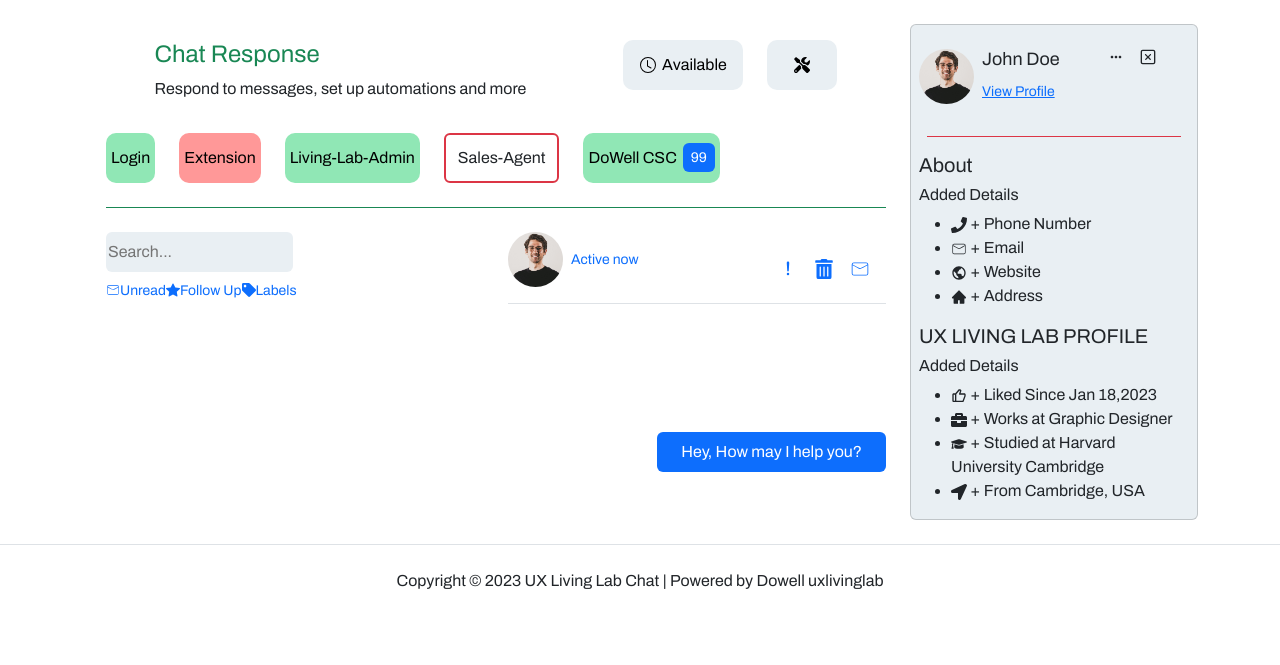
Repository: uh-sman/UX-Living-Lab-Chat
Page: /
These files come from the project's save history. The page is drawn as it stood at one moment and after the next save; the edit follows.
The browser window is 1280 px wide. The pictures show the whole page.
The project was rebuilt for these pictures with package versions that can differ from the ones it lists, and the page was loaded fresh each time.

Above is the page before, as saved 2023-05-10 18:20:11.

### public/index.html
<!DOCTYPE html>
<html lang="en">
  <head>
    <meta charset="utf-8" />
    <link rel="icon" href="%PUBLIC_URL%/favicon.ico" />
    <meta name="viewport" content="width=device-width, initial-scale=1" />
    <meta name="theme-color" content="#000000" />
    <meta
      name="description"
      content="Web site created using create-react-app"
    />
    <link rel="apple-touch-icon" href="%PUBLIC_URL%/logo192.png" />
    <!--
      manifest.json provides metadata used when your web app is installed on a
      user's mobile device or desktop. See https://developers.google.com/web/fundamentals/web-app-manifest/
    -->
    <link rel="manifest" href="%PUBLIC_URL%/manifest.json" />
    <!-- font awsome CDN -->

    <link
      rel="stylesheet"
      href="https://cdn.jsdelivr.net/npm/@fortawesome/fontawesome-free@6.2.1/css/fontawesome.min.css"
      integrity="sha384-QYIZto+st3yW+o8+5OHfT6S482Zsvz2WfOzpFSXMF9zqeLcFV0/wlZpMtyFcZALm"
      crossorigin="anonymous"
    />
    <!--
      Notice the use of %PUBLIC_URL% in the tags above.
      It will be replaced with the URL of the `public` folder during the build.
      Only files inside the `public` folder can be referenced from the HTML.

      Unlike "/favicon.ico" or "favicon.ico", "%PUBLIC_URL%/favicon.ico" will
      work correctly both with client-side routing and a non-root public URL.
      Learn how to configure a non-root public URL by running `npm run build`.
    -->
    <title>React App</title>
  </head>
  <body>
    <noscript>You need to enable JavaScript to run this app.</noscript>
    <div id="root"></div>
    <!--
      This HTML file is a template.
      If you open it directly in the browser, you will see an empty page.

      You can add webfonts, meta tags, or analytics to this file.
      The build step will place the bundled scripts into the <body> tag.

      To begin the development, run `npm start` or `yarn start`.
      To create a production bundle, use `npm run build` or `yarn build`.
    -->
  </body>
</html>

### src/index.css
* {
  text-decoration: none;
}

### src/App.js
import "./App.css";
import "bootstrap/dist/css/bootstrap.min.css";
import "bootstrap/dist/js/bootstrap.bundle.min";
import Container from "./container";
import Footer from "./container/Footer";
function App() {
  return (
    <div className="App">
      <Container />
      <Footer />
    </div>
  );
}

export default App;

### src/App.css
@import url("https://fonts.googleapis.com/css2?family=Archivo&display=swap");
:root {
  --header-color: #0d7813;
  /* --button-color :#00000;
  --button-color :#90E7B5; */
  --bg-color: #e9eff3;
  /* #90E7B5 */

  --font: "Archivo", sans-serif;
}

* {
  text-decoration: none;
  /* list-style: none; */
  font-family: "Archivo", sans-serif;
}

.body {
  font-family: "Archivo", sans-serif;
}
.header {
  color: var(--header-color);
  font-family: "Archivo", sans-serif;
}
.button {
  display: flex;
  align-items: center;
  background: var(--bg-color);
  justify-content: center;
  height: 50px;
  width: 120px;
  gap: 6px;
  border: none;
  border-radius: 10px;
}
.button2 {
  display: flex;
  align-items: center;
  background: var(--bg-color);
  justify-content: center;
  height: 50px;
  width: 70px;
  gap: 6px;
  border: none;
  border-radius: 10px;
}
.button3 {
  display: flex;
  align-items: center;
  background: #90e7b5;
  justify-content: center;
  height: 50px;
  max-width: contain;
  padding: 0px 5px;
  gap: 6px;
  border: none;
  border-radius: 10px;
}
.button4 {
  display: flex;
  align-items: center;
  background: #ff9898;
  justify-content: center;
  height: 50px;
  max-width: contain;
  padding: 0px 5px;
  gap: 6px;
  border: none;
  border-radius: 10px;
}
.image-style {
  width: 55px;
  height: 55px;
  border-radius: 500px;
}
.cardBody {
  background-color: var(--bg-color);
}
.input {
  border: var(--bg-color);
  /* align-items: ; */
  outline: none;
  background: var(--bg-color);
}

### src/container/index.js
import React from "react";
import ChatSection from "./ChatSection";
import DetailsSection from "./DetailsSection";
const Container = () => {
  return (
    <div className="container">
      <div className="d-flex justify-content-around my-4">
        <ChatSection />
        <DetailsSection />
      </div>
    </div>
  );
};

export default Container;

### src/container/Footer.jsx
import React from "react";

const Footer = () => {
  return (
    <div className=" border-top">
      <div className="d-flex justify-content-center my-4">
        <div className="d-flex align-items-center">
          <p>
            Copyright &copy; 2023 UX Living Lab Chat | Powered by Dowell
            uxlivinglab
          </p>
        </div>
      </div>
    </div>
  );
};

export default Footer;

### src/container/ChatSection.js
import React from "react";
import ChatHeader from "./ChatItems/ChatHeader";
import ProfileHead from "./Chats/message/ProfileHead";
import SearchBar from "./Chats/SearchBar";

const ChatSection = () => {
  return (
    <div className="container">
      <ChatHeader />
      {/* chats come here */}
      <div className="d-flex my-2">
        <SearchBar />
        <ProfileHead />
      </div>
    </div>
  );
};

export default ChatSection;

### src/container/DetailsSection.jsx
import React from "react";
import user from "../assets/user.jpg";
import AboutDetails from "./Details/AboutDetails";
import DetailsSectionButton from "./DetailsSectionButton";
const DetailsSection = ({ title, about }) => {
  return (
    <div>
      <div
        className="card"
        style={{ width: "18rem", backgroundColor: "#e9eff3" }}
      >
        <div className="mx-2">
          <div className="d-flex gap-5 mt-4 ">
            <figure className="d-flex gap-2">
              <img src={user} className=" image-style" />
              <div className="">
                <h4 className="body fw-bold" style={{ fontSize: "18px" }}>
                  {title}
                </h4>
                <a href="" className="fw-bold" style={{ fontSize: "14px" }}>
                  View Profile
                </a>
              </div>
            </figure>
            <DetailsSectionButton />
          </div>
          <div className="border-bottom border-danger mx-2 my-3"></div>
          <div className=""></div>
          {/* DETAILS */}
          <AboutDetails />
        </div>
      </div>
    </div>
  );
};
DetailsSection.defaultProps = {
  title: "John Doe",
  about: "About",
};

export default DetailsSection;

### src/container/ChatItems/ChatHeader.jsx
import React from "react";
import Buttons from "./Buttons";
import HeaderButtons from "./HeaderButtons";

const ChatHeader = ({ title, caption }) => {
  return (
    <div className="container">
      <div className=" d-flex justify-content-around my-3">
        <header>
          <h1 className="header fs-4 fw-bold text-success">{title}</h1>
          <p className="fw-medium  Header-font">{caption}</p>
        </header>
        <HeaderButtons />
      </div>
      <Buttons />
      <div className="border-bottom border-success my-4"></div>
    </div>
  );
};

export default ChatHeader;
ChatHeader.defaultProps = {
  title: "Chat Response",
  caption: "Respond to messages, set up automations and more",
};

### src/container/Chats/message/ProfileHead.jsx
import React from "react";
import { FaTrashAlt } from "react-icons/fa";
import user from "../../../assets/user.jpg";
import ChatIcons from "./ChatIcons";
import Message from "./Message";
const ProfileHead = () => {
  return (
    <div className="container overflow-y-scroll">
      <div className="d-flex justify-content-between  align-items-center border-bottom">
        <figure className="d-flex gap-2 align-items-center">
          <img src={user} className=" image-style" />
          <div className="">
            {/* Status active now if true show active */}
            <small className="text-primary">Active now</small>
          </div>
        </figure>
        <ChatIcons />
      </div>
      <Message />
    </div>
  );
};

export default ProfileHead;

### src/container/Chats/SearchBar.jsx
import React from "react";
import { FaSearch } from "react-icons/fa";
import Icons from "./Icons";
// BsStarFill;
const SearchBar = () => {
  return (
    <div className="container">
      <div className="overflow-y-scroll">
        <form>
          <input
            className="input rounded bi bi-search py-2"
            placeholder="Search..."
          />
          {/* <i className="bi bi-search"></i> */}
        </form>
        <Icons />
      </div>
    </div>
  );
};

export default SearchBar;

### src/container/Details/AboutDetails.jsx
import React from "react";
import {
  FaPhone,
  FaBriefcase,
  FaGraduationCap,
  FaLocationArrow,
} from "react-icons/fa";
import { CiMail } from "react-icons/ci";
import { BiWorld, BiLike } from "react-icons/bi";
import { AiFillHome } from "react-icons/ai";
const AboutDetails = ({ title, ux }) => {
  const data = [
    {
      phone: "Phone Number",
      email: "Email",
      web: "Website",
    },
  ];
  return (
    <div>
      <div className="">
        <h5>{title}</h5>
        <main>
          <h6>Added Details</h6>
          <div className="">
            <ul>
              <li>
                <FaPhone /> + Phone Number
              </li>
              <li>
                <CiMail /> + Email
              </li>
              <li>
                <BiWorld /> + Website
              </li>
              <li>
                <AiFillHome /> + Address
              </li>
            </ul>
          </div>
        </main>
      </div>
      <div className="">
        <h5>{ux}</h5>
        <main>
          <h6>Added Details</h6>
          <div className="">
            <ul>
              <li>
                <BiLike /> + Liked Since Jan 18,2023
                {/* date from the api */}
              </li>
              <li>
                <FaBriefcase /> + Works at Graphic Designer
              </li>
              <li>
                <FaGraduationCap /> + Studied at Harvard University Cambridge
                {/* Place of work from the api */}
              </li>
              <li>
                <FaLocationArrow /> + From Cambridge, USA
              </li>
            </ul>
          </div>
        </main>
      </div>
    </div>
  );
};

export default AboutDetails;

AboutDetails.defaultProps = {
  title: "About",
  ux: "UX LIVING LAB PROFILE",
};

### src/container/DetailsSectionButton.jsx
import React from "react";
import { MdOutlineMoreHoriz } from "react-icons/md";
import { CgCloseR } from "react-icons/cg";
const DetailsSectionButton = () => {
  return (
    <div>
      <div className="d-flex gap-3">
        <MdOutlineMoreHoriz />
        <CgCloseR />
      </div>
    </div>
  );
};

export default DetailsSectionButton;

### src/container/ChatItems/Buttons.jsx
import React from "react";

const Buttons = () => {
  return (
    <div className="d-flex gap-4">
      <button type="button" className="button3">
        Login
      </button>
      <button type="button" className="button4">
        Extension
      </button>
      <button type="button" className="button3">
        Living-Lab-Admin
      </button>
      <button type="button" className="btn border-danger border-2">
        Sales-Agent
      </button>
      <button type="button" className="button3">
        DoWell CSC
        <small className="bg-primary text-white px-2 py-1 rounded">
          {"99"}
        </small>
      </button>
    </div>
  );
};

export default Buttons;

### src/container/ChatItems/HeaderButtons.jsx
import React from "react";
import { BsClock } from "react-icons/bs";
import { FaTools } from "react-icons/fa";
const HeaderButtons = () => {
  return (
    <div className="d-flex gap-4">
      <button type="button" className="button">
        <BsClock className="" />
        Available
      </button>
      <button type="button" className="button2">
        <FaTools />
      </button>
    </div>
  );
};

export default HeaderButtons;

### src/container/Chats/message/ChatIcons.jsx
import React from "react";
import { FaTrashAlt } from "react-icons/fa";
import { BsExclamationLg } from "react-icons/bs";
import { CiMail } from "react-icons/ci";
const ChatIcons = () => {
  return (
    <div className="mx-3">
      <div className="d-flex gap-3">
        <small className="text-primary fs-5"></small>
        <small className="text-primary fs-5">
          <BsExclamationLg />
        </small>
        <small className="text-primary fs-5">
          <FaTrashAlt />
        </small>

        <small className="text-primary fs-5">
          <CiMail />
        </small>
      </div>
    </div>
  );
};

export default ChatIcons;

### src/container/Chats/message/Message.jsx
import React, { useState } from "react";

const Message = () => {
  const [message, setMessage] = useState(true);
  return (
    <div className="">
      <div className="d-flex justify-content-end ">
        {message ? (
          <div
            className="bg-primary text-white rounded d-flex align-items-center"
            style={{
              width: "auto",
              height: "40px",
              listStyle: "none",
              marginTop: "8rem",
            }}
          >
            <li className="mx-4 ">Hey, How may I help you? </li>
          </div>
        ) : null}
      </div>
    </div>
  );
};

export default Message;

### src/container/Chats/Icons.jsx
import React from "react";
import { CiMail } from "react-icons/ci";
import { BsStarFill } from "react-icons/bs";
import { FaTag } from "react-icons/fa";
const Icons = () => {
  return (
    <div>
      <div className="d-flex text-primary my-2">
        <small className="d-flex align-items-center">
          <CiMail /> Unread
        </small>
        <small className="d-flex align-items-center">
          <BsStarFill /> Follow Up
        </small>
        <small className="d-flex align-items-center">
          <FaTag />
          Labels
        </small>
      </div>
    </div>
  );
};

export default Icons;

Loaded but not shown: src/index.js (common file)

After the next save:
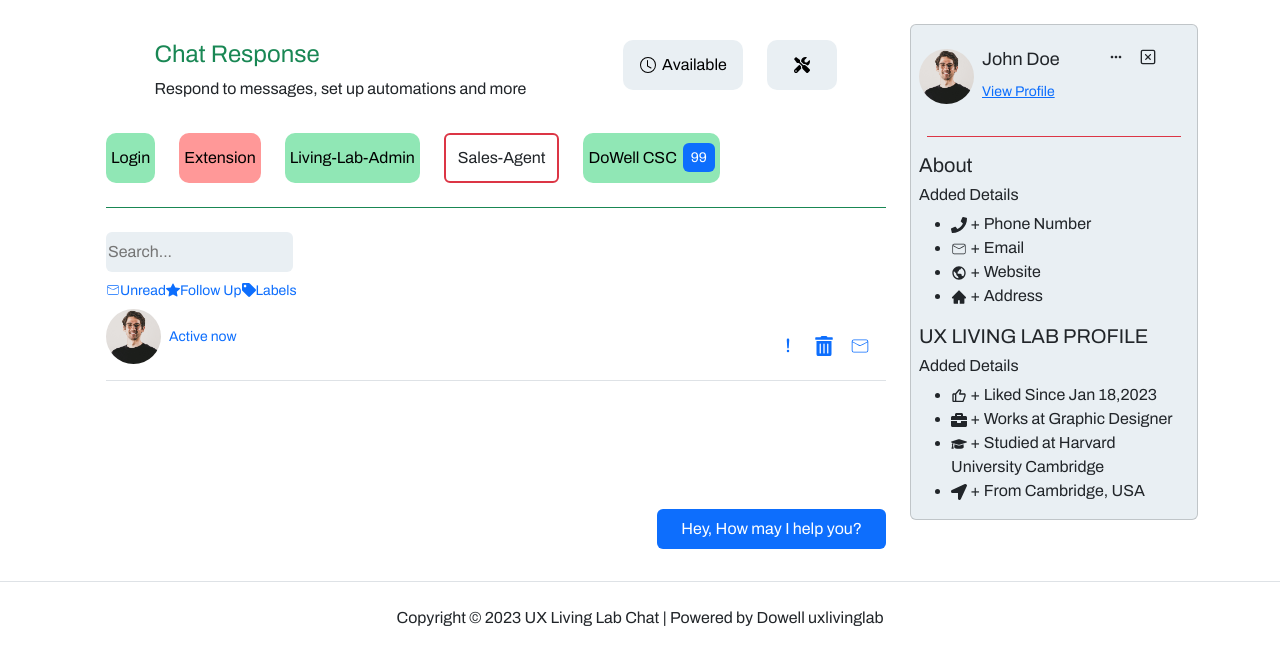
Saved 6 min 17 s later.
--- a/src/container/ChatSection.js
+++ b/src/container/ChatSection.js
@@ -8,7 +8,7 @@
     <div className="container">
       <ChatHeader />
       {/* chats come here */}
-      <div className="d-flex my-2">
+      <div className="d-flex flex-sm-column my-2">
         <SearchBar />
         <ProfileHead />
       </div>

After the 3 saves that followed:
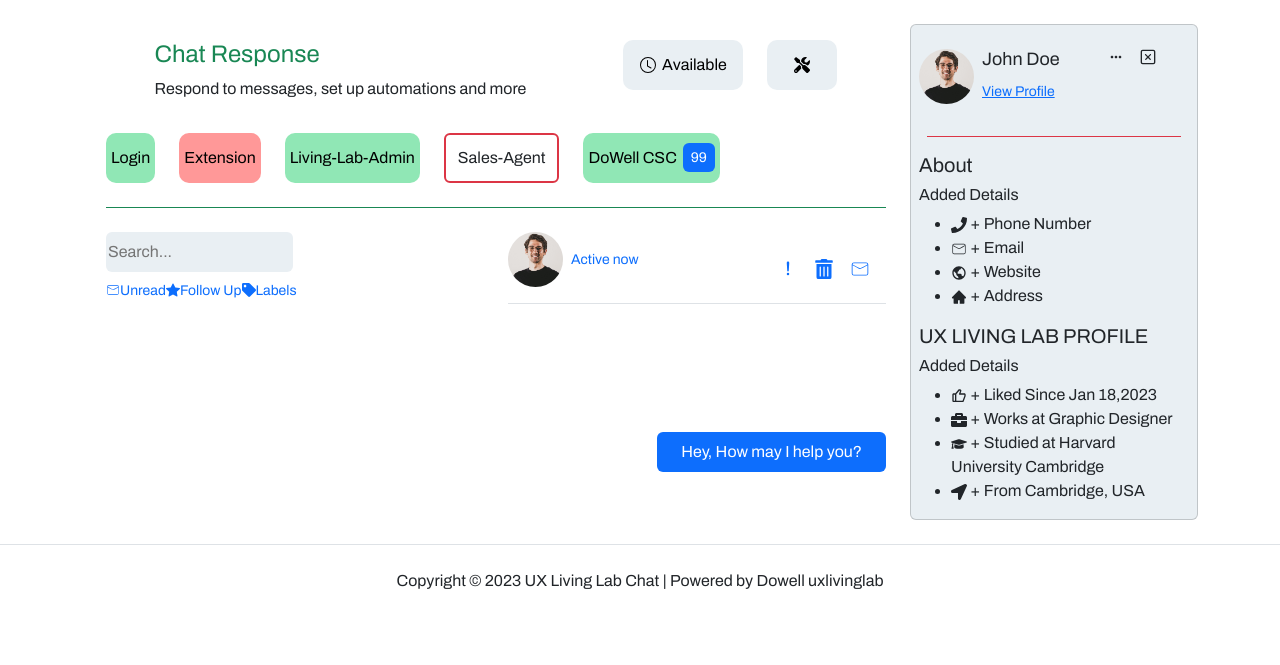
The 3 saves are shown as one change because 2 left the picture as it was.
The last was saved 102 s later.
--- a/src/container/ChatSection.js
+++ b/src/container/ChatSection.js
@@ -8,7 +8,7 @@
     <div className="container">
       <ChatHeader />
       {/* chats come here */}
-      <div className="d-flex flex-sm-column my-2">
+      <div className="d-flex flex-sm-row my-2">
         <SearchBar />
         <ProfileHead />
       </div>
